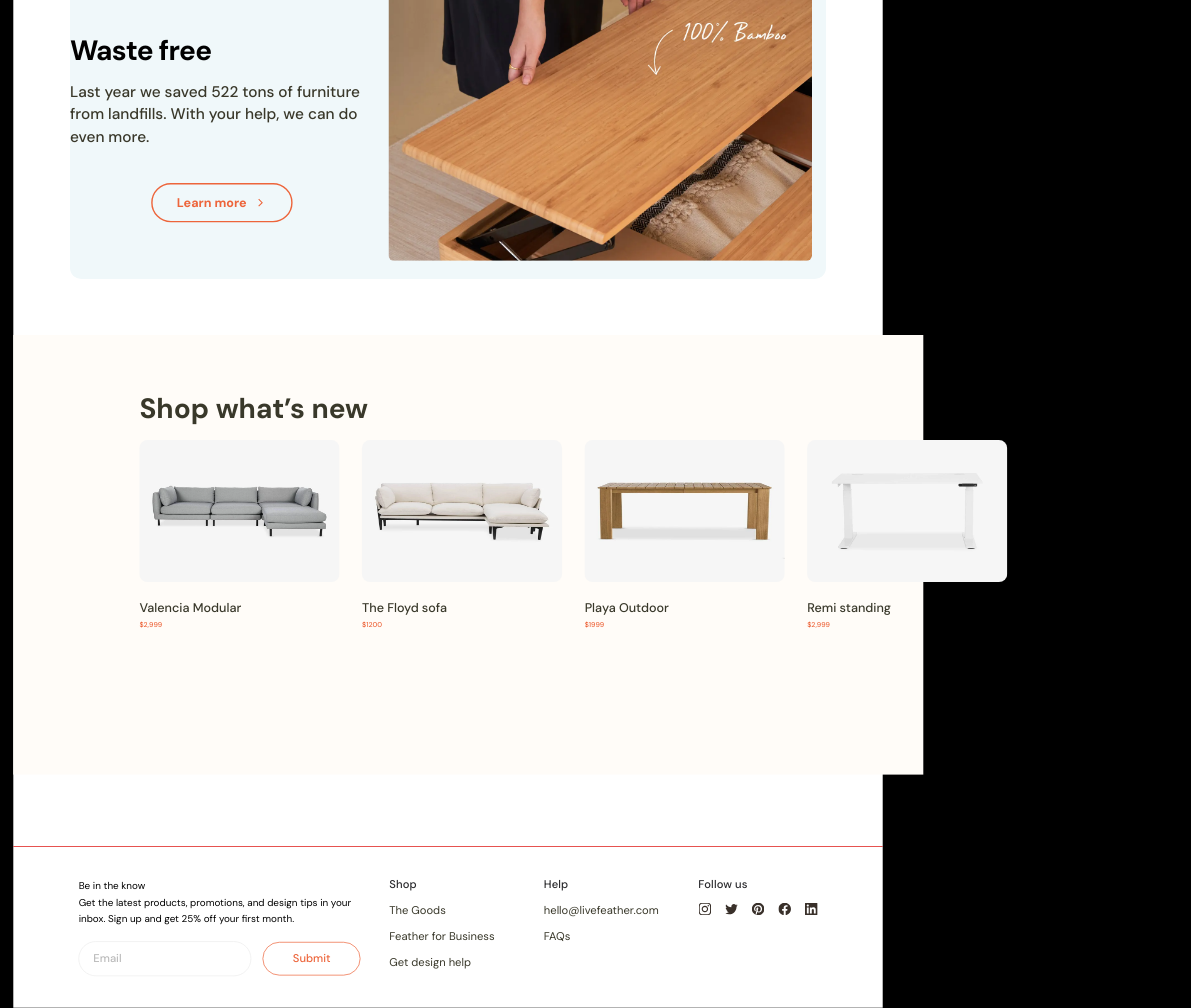
Repository: noman-source/Furniture-website
Page: index.html
These files come from the project's save history. The page is drawn as it stood at one moment and after the next save; the edit follows.
The browser window is 1280 px wide. The page is 1702 px wide, so the pictures cover 1702 px, including what lies to the right of the window. The pictures show the part of the page from y = 2871 to 4311 px (the page is 4311 px tall), at 70% of full size.

Above is the page before, as saved 2025-07-04 13:14:06.

### index.html
<!DOCTYPE html>
<html lang="en">

<head>
    <meta charset="UTF-8">
    <meta name="viewport" content="width=device-width, initial-scale=1.0">
    <title>Document</title>
    <link rel="stylesheet" href="style.css">
</head>

<body>
    <header>
        <div class="navbar">
            <div class="nav-left">
                <ul>
                    <li>Cards</li>
                    <li>About</li>
                    <li>App</li>
                </ul>
            </div>
            <div class="nav-center">
                <ul>
                    <li><img src="asserts/svg/navbar-logo.svg" alt=""></li>
                    <li>Halal_Lab</li>
                </ul>
            </div>
            <div class="nav-right"><button><img src="asserts/svg/search.svg" alt="">Check delivery area</button></div>
        </div>
    </header>
    <main>
        <div class="section1">
            <div class="section1-left">
                <div class="section1-text">
                    <h2>An innovative way to make furniture lighter</h2>
                    <h4>Discover hassle-free delivery, free assembly and the flexibility to rent, rent-to-own or buy.
                    </h4>
                    <div class="section1-butt"><button>
                            <p>Start shopping</p><img src="asserts/svg/arrow.svg" alt="">
                        </button></div>
                </div>
            </div>
            <div class="section1-right">
                <img src="asserts/image/img 1.jpg" alt="">
            </div>
        </div>
        <div class="section2">
            <ul>
                <li><img src="asserts/svg/checkmark-circle-01.svg" alt="">Fast, free delivery & assembly</li>
                <li><img src="asserts/svg/checkmark-circle-01.svg" alt="">Convenient rent or buy options</li>
                <li><img src="asserts/svg/checkmark-circle-01.svg" alt="">Low upfront costs for all rentals</li>
                <li><img src="asserts/svg/checkmark-circle-01.svg" alt="">Flexibility to buy out rental items later</li>
            </ul>
        </div>
        <div class="section3">
            <p>About our product</p>
            <div class="section3-content">
                <div class="box box1">
                    <div class="circle"><img src="asserts/svg/upload-03.svg" alt=""></div>
                    <p>We provide a high quality rental at an affordable price</p>
                </div>
                <div class="box box2">
                    <div class="circle"><img src="asserts/svg/drawing-mode.svg" alt=""></div>
                    <p>Feather has made furniture rentals
                        cool again.</p>
                </div>
                <div class="box box3">
                    <div class="circle"><img src="asserts/svg/cabinet-01.svg" alt=""></div>
                    <p>Ease the pain of moving from
                        apartment to apartment.</p>
                </div>

            </div>
        </div>
        <div class="section4">
            <p>Browse by room</p>
            <div class="section4-content">
                <div class="box box1"><img src="asserts/image/img 2.png" alt="">
                    <p>Office <img src="asserts/svg/Vector.svg" alt=""></p>
                </div>
                <div class="box box2"><img src="asserts/image/img 3.png" alt="">
                    <p>Bedroom <img src="asserts/svg/Vector.svg" alt=""></p>
                </div>
                <div class="box box3"><img src="asserts/image/img 4.png" alt="">
                    <p>Living room <img src="asserts/svg/Vector.svg" alt=""></p>
                </div>
                <div class="box box4"><img src="asserts/image/img 5.png" alt="">
                    <p>Dining room <img src="asserts/svg/Vector.svg" alt=""></p>
                </div>
            </div>
        </div>
        <div class="section5">
            <div class="section5-top">
                <div class="left">
                    <div class="text">
                        <h3>Hassle free</h3>
                        <p>High quality but affordable rental designs.</p>
                    </div>
                    <div class="button"><button>Learn more <img src="asserts/svg/arrow-down-01.svg" alt=""></button>
                    </div>
                </div>
                <div class="right"><img src="asserts/image/img 6.png" alt=""></div>
            </div>
            <div class="section5-middle">
                <div class="right"><img src="asserts/image/img 7.png" alt=""></div>
                <div class="left">
                    <div class="text">
                        <h3>Risk free</h3>
                        <p>Furniture three ways. Rent, rent-to-own, or buy. Your furniture is as flexible as you need it
                            to be.</p>
                    </div>
                    <div class="button"><button>Learn more <img src="asserts/svg/arrow-down-01.svg" alt=""></button>
                    </div>
                </div>
            </div>
            <div class="section5-end">
                <div class="left">
                    <div class="text">
                        <h3>Waste free</h3>
                        <p>Last year we saved 522 tons of furniture from landfills. With your help, we can do even more.
                        </p>
                    </div>
                    <div class="button"><button>Learn more <img src="asserts/svg/arrow-down-01.svg" alt=""></button>
                    </div>
                </div>
                <div class="right"><img src="asserts/image/img 8.png" alt=""></div>
            </div>
        </div>
        <div class="section6">
            <div class="section6-content">
                <h3>Shop what’s new</h3>
                <div class="boxes">
                    <div class="box">
                        <div class="box-top"><img src="asserts/image/img 9.png" alt=""></div>
                        <div class="box-bottom">
                            <h4>Valencia Modular </h4>
                            <p>$2,999</p>
                        </div>
                    </div>
                    <div class="box">
                        <div class="box-top"><img src="asserts/image/img 10.png" alt=""></div>
                        <div class="box-bottom">
                            <h4>The Floyd sofa</h4>
                            <p>$1200</p>
                        </div>
                    </div>
                    <div class="box">
                        <div class="box-top"><img src="asserts/image/img 11.png" alt=""></div>
                        <div class="box-bottom">
                            <h4>Playa Outdoor</h4>
                            <p>$1999</p>
                        </div>
                    </div>
                    <div class="box">
                        <div class="box-top"><img src="asserts/image/img 12.png" alt=""></div>
                        <div class="box-bottom">
                            <h4>Remi standing</h4>
                            <p>$2,999</p>
                        </div>
                    </div>
                </div>
            </div>
        </div>
    </main>

    <footer>
        <div class="boxes">
            <div class="box box1">
                <div class="box1-top">
                    <p>Be in the know<br>
                        Get the latest products, promotions, and design tips in your inbox. Sign up and get 25% off your
                        first month.</p>
                </div>
                <div class="box1-bottom"><input type="email"placeholder="Email"><button>Submit</button></div>
            </div>
            <div class="box box2"><ul>
                <li>Shop</li>
                <li>The Goods</li>
                <li>Feather for Business</li>
                <li>Get design help</li>
            </ul></div>
            <div class="box box3"><ul>
                <li>Help</li>
                <li>hello@livefeather.com</li>
                <li>FAQs</li>
            </ul></div>
            <div class="box box4"><ul>
                <li>Follow us</li>
                <li><img src="asserts/svg/Instagram.svg" alt=""><img src="asserts/svg/Twitter.svg" alt=""><img src="asserts/svg/pinterest.svg" alt=""><img src="asserts/svg/Facebook.svg" alt=""><img src="asserts/svg/linkdin.svg" alt=""></li>
            </ul></div>
        </div>
    </footer>

</body>

</html>

### style.css
@import url('https://fonts.googleapis.com/css2?family=DM+Sans:ital,opsz,wght@0,9..40,100..1000;1,9..40,100..1000&display=swap');
@import url('https://fonts.googleapis.com/css2?family=DM+Sans:ital,opsz,wght@0,9..40,100..1000;1,9..40,100..1000&display=swap');
@import url('https://fonts.googleapis.com/css2?family=DM+Sans:ital,opsz,wght@0,9..40,100..1000;1,9..40,100..1000&display=swap');

body {
    font-family: "DM Sans", sans-serif;
    background-color: black;
}

.website {
    background-color: white;
}

* {
    margin: 0;
    padding: 0;
}

header .navbar {
    width: 97%;
    margin: auto;
    height: 72px;
    display: flex;
    justify-content: space-around;
    align-items: center;
    background-color: rgb(246, 244, 244);
    gap: 13%;
    border-bottom: 1px solid #E4E4E4;
}

header .navbar .nav-left {
    font-size: 16px;
    font-weight: 500;
    line-height: 24px;
    letter-spacing: -1%;
}

header .navbar .nav-left ul {
    display: flex;
    justify-content: center;
    align-items: center;
    gap: 50px;
}

header .navbar .nav-left ul li {
    list-style-type: none;
}

header .navbar .nav-center ul {
    display: flex;
    justify-content: center;
    align-items: center;
    gap: 10px;
    font-family: "Ramabhadra", sans-serif;
}

header .navbar .nav-center ul li {
    list-style-type: none;
    font-size: 18px;
    font-weight: 400;
    display: flex;
    justify-content: center;
    align-items: center;
}

header .navbar .nav-right button {
    width: 130%;
    height: 40px;
    background-color: #FD653E;
    border-radius: 32px;
    border: none;
    transform: translateX(-50px);
    display: flex;
    justify-content: center;
    align-items: center;
    gap: 15px;
    font-size: 16px;
    font-weight: 700;
    color: white;
}

main .section1 {
    width: 97%;
    margin: auto;
    height: 588px;
    background-color: #FFF3EF;
    display: flex;
    justify-content: space-around;
    align-items: center;
}

main .section1 .section1-right {
    width: 50%;
    display: flex;
    justify-content: center;
    align-items: center;
}

main .section1 .section1-left {
    width: 50%;
}

main .section1 .section1-left .section1-text {
    width: 70%;
    margin: auto;
    height: 250px;
    display: flex;
    flex-direction: column;
    gap: 20px;
}

main .section1 .section1-left .section1-text h2 {
    font-size: 48px;
    font-weight: 700;
}

main .section1 .section1-left .section1-text p {
    font-size: 18px;
    font-weight: 400;
    color: #39382A;
}

main .section1 .section1-left .section1-text button {
    width: 235px;
    height: 56px;
    display: flex;
    justify-content: center;
    align-items: center;
    gap: 10px;
    border-radius: 32px;
    border: transparent;
    background-color: #ED653B;
}

main .section1 .section1-left .section1-text button p {
    color: white;
    font-size: 20px;
    font-weight: 700;
    font-family: "DM Sans", sans-serif;
}

main .section1 .section1-right img {
    width: 645px;
    border-radius: 12px;
}

.section2 {
    height: 74px;
    width: 97%;
    margin: auto;
    background-color: #ECF4E9;
}

.section2 ul {
    height: 74px;
    display: flex;
    justify-content: space-between;
    align-items: center;
}

.section2 ul li {
    font-family: "DM Sans", sans-serif;
    list-style-type: none;
    display: flex;
    justify-content: center;
    align-items: center;
    gap: 5px;
    font-size: 18px;
    font-weight: 400;
}

.section3 {
    width: 97%;
    margin: auto;
    height: 516px;
    background-color: white;
}

.section3>p {
    font-size: 40px;
    font-weight: 700;
    height: 170px;
    display: flex;
    color: #39302A;
    justify-content: center;
    align-items: center;
}

.section3-content {
    display: flex;
    justify-content: center;
    align-items: center;
    gap: 32px;
}

.section3-content .box {
    width: 392px;
    border-radius: 12px;
    height: 244px;
    display: flex;
    align-items: center;
    justify-content: center;
    flex-direction: column;
    gap: 50px;
    box-shadow: 12px 16px 50px 0px #9A9A9A1F;
}

.section3-content .box .circle {
    width: 50px;
    height: 50px;
    transform: translateY(30px);
    gap: 10px;
    border-radius: 99px;
    /* Corrected to 99px based on later image */
    padding: 16px;
    /* Corrected to 16px based on later image */
    background-color: #E3E3E373;
    /* Corrected to #E3E3E3 based on later image */
}

.section3-content .box p {
    width: 373px;
    margin: auto;
    display: flex;
    font-family: DM Sans;
    font-weight: 500;
    font-size: 22px;
    line-height: 32px;
    text-align: center;
    /* letter-spacing: 0%; */
    /* vertical-align: middle; */
}

.section4 {
    width: 97%;
    margin: auto;
    height: 551px;
    background-color: white;
}

.section4>p {
    font-weight: 700;
    font-size: 40px;
    line-height: 56px;
    letter-spacing: -0.96px;
    padding-top: 50px;
    padding-left: 100px;
    /* Added based on later image */
}

.section4 .section4-content {
    height: 287px;
    display: flex;
    justify-content: flex-start;
    padding-left: 100px;
    padding-top: 50px;
    gap: 32px;
}

.section4 .section4-content .box {
    height: 287px;
    display: flex;
    flex-direction: column;
    gap: 20px;
}

.section4 .section4-content .box img {
    height: 239px;
    width: 285px;
    border-radius: 12px;
}

.section4 .section4-content .box p {
    font-family: DM Sans;
    font-weight: 500;
    font-size: 22px;
    line-height: 32px;
    display: flex;
    gap: 16px;
    /* Corrected to 16px based on later image */
    justify-content: flex-start;
    align-items: center;
    /* Added based on later image */
    color: #39382A;
    /* Added based on later image */
}

.section5 {
    height: 1548px;
    background-color: white;
    width: 97%;
    margin: auto;
    display: flex;
    justify-content: center;
    align-items: center;
    flex-direction: column;
    gap: 40px;
}

.section5>.section5-top,
.section5-middle,
.section5-end {
    height: 436px;
    width: 87%;
    border-radius: 16px;
    /* border: 2px solid #E4E4E4; */
    /* margin: auto; */
}

.section5 .section5-top {
    background-color: #F0F8Fa;
    display: flex;
    justify-content: space-around;
    align-items: center;
}

.section5 .section5-middle {
    background-color: #FEF3EE;
    display: flex;
    justify-content: space-around;
    align-items: center;
}

.section5 .section5-end {
    background-color: #F0F8FA;
    display: flex;
    justify-content: space-around;
    align-items: center;
}

.section5 .right img {
    width: 605px;
    height: 388px;
    border-radius: 8px;
}

.section5 .left {
    width: 50%;
    display: flex;
    flex-direction: column;
    justify-content: center;
    align-items: center;
    gap: 50px;
}

.section5 .left .text {
    display: flex;
    flex-direction: column;
    gap: 16px;
}

.section5 .left .button {
    display: flex;
    justify-content: flex-start;
}

.section5 .left .text button {
    width: 400px;
}

.section5 .right {
    padding: 20px;
}

.section5 h3 {
    font-weight: 700;
    font-size: 40px;
    line-height: 56px;
    letter-spacing:-0.96px;
}

.section5 p {
    font-family: DM Sans;
    font-weight: 500;
    font-size: 22px;
    line-height: 32px;
    letter-spacing: 0%;
    /* Added based on later image */
    vertical-align: middle;
    /* Added based on later image */
    color: #39382A;
    /* Added based on later image */
}

.section5 .left button {
    width: 202px;
    height: 56px;
    gap: 10px;
    border-width: 1px;
    padding-top: 16px;
    padding-right: 32px;
    padding-bottom: 16px;
    padding-left: 32px;
    border-radius: 32px;
    background-color: transparent;
    border: 2px solid #ED653B;
    color: #ED653B;
    display: flex;
    justify-content: center;
    align-items: center;
    font-family: DM Sans;
    font-weight: 700;
    font-size: 18px;
}

.section6 {
    background-color: white;
    height: 730px;
    width: 97%;
    margin: auto;
}

.section6 img {
    width: 286px;
    height: 203px;
    border-radius: 12px;
}

.section6 .section6-content {
    height: 548px;
    background-color: #FFFCF8;
    width: 90.2%;
    margin: auto;
    padding-left: 180px;
    padding-top: 80px;
    display: flex;
    flex-direction: column;
    gap: 20px;
}

.section6-content .boxes {
    display: flex;
    gap: 32px;
}

.section6-content .boxes .box {
    display: flex;
    flex-direction: column;
    gap: 19px;
}

.section6 h2 {
    font-family: Circular Std;
    font-weight: 700;
}

.section6 h3 {
    /* font-family: Circular Std; */
    font-weight: 700;
    font-size: 40px;
    line-height: 50px;
    letter-spacing: 0px;
    vertical-align: middle;
    color: #39382A;
}

.section6-content .box-bottom {
    display: flex;
    flex-direction: column;
    gap: 4px;
}

.section6-content .box-bottom h4 {
    font-family: DM Sans;
    font-weight: 500;
    font-size: 18px;
    line-height: 26px;
    letter-spacing: 0%;
    vertical-align: middle;
    color: #39382A;
}

.section6-content .box-bottom p {
    font-family: DM Sans;
    font-weight: 500;
    font-size: 10px;
    line-height: 14px;
    letter-spacing: 0%;
    vertical-align: middle;
    color: #ED653B;
}

footer {
    border-top: 1px solid #DC0805;
    width: 97%;
    background-color: white;
    height: 230px;
    margin: auto;
    display: flex;
    justify-content: center;
    align-items: center;
    /* transform: translateY(130px); */
}

footer .boxes {
    display: grid;
    grid-template-columns: 403px 180px 180px 170px;
    width: 85%;
    margin: auto;
    /* background-color: #39382A; */
    height: 144px;
    justify-content: space-between;
}

footer .boxes .box1 {
    display: flex;
    flex-direction: column;
    gap: 20px;
}

footer .boxes .box1-top {
    font-family: DM Sans;
    font-weight: 700;
    font-size: 34px;
}

footer .boxes .box1 .box1-top {
    font-weight: 400;
    font-size: 14.13px;
    line-height: 24px;
    letter-spacing: 0%;
    vertical-align: middle;
}

footer .boxes .box1 .box1-bottom {
    display: flex;
    gap: 16px;
    justify-content: center;
    align-items: center;
}

footer .boxes .box1 .box1-bottom input {
    width: 245px;
    height: 48px;
    border: 1px solid #EDEDED;
    border-radius: 32px;
    outline: none;
}

footer .boxes .box1 .box1-bottom input::placeholder {
    transform: translateX(20px);
    font-family: DM Sans;
    font-weight: 500;
    font-size: 16px;
    line-height: 24px;
    letter-spacing: 1%;
    vertical-align: middle;
    color: #BABABA;
}

footer .boxes .box1 .box1-bottom button {
    width: 140px;
    height: 48px;
    border-width: 1px;
    border-radius: 48px;
    border: 1px solid #ED653B;
    background-color: transparent;
    font-family: DM Sans;
    font-weight: 500;
    font-size: 16px;
    line-height: 24px;
    letter-spacing: 1%;
    vertical-align: middle;
    color: #ED653B;
}

footer .boxes ul li:first-child {
    font-weight: 500;
    font-size: 16px;
    letter-spacing: 0.16px;
    color: #2A2A2D;
}

footer .boxes ul {
    display: flex;
    flex-direction: column;
    gap: 16px;
}

footer .boxes ul li {
    list-style-type: none;
    font-family: DM Sans;
    font-weight: 400;
    /* Added based on latest image */
    font-size: 16px;
    /* Added based on latest image */
    color: #39382A;
    /* Added based on latest image */
}

footer .boxes .box4 li:last-of-type {
    display: flex;
    justify-content: space-between;
    align-items: center;
}

After the next save:
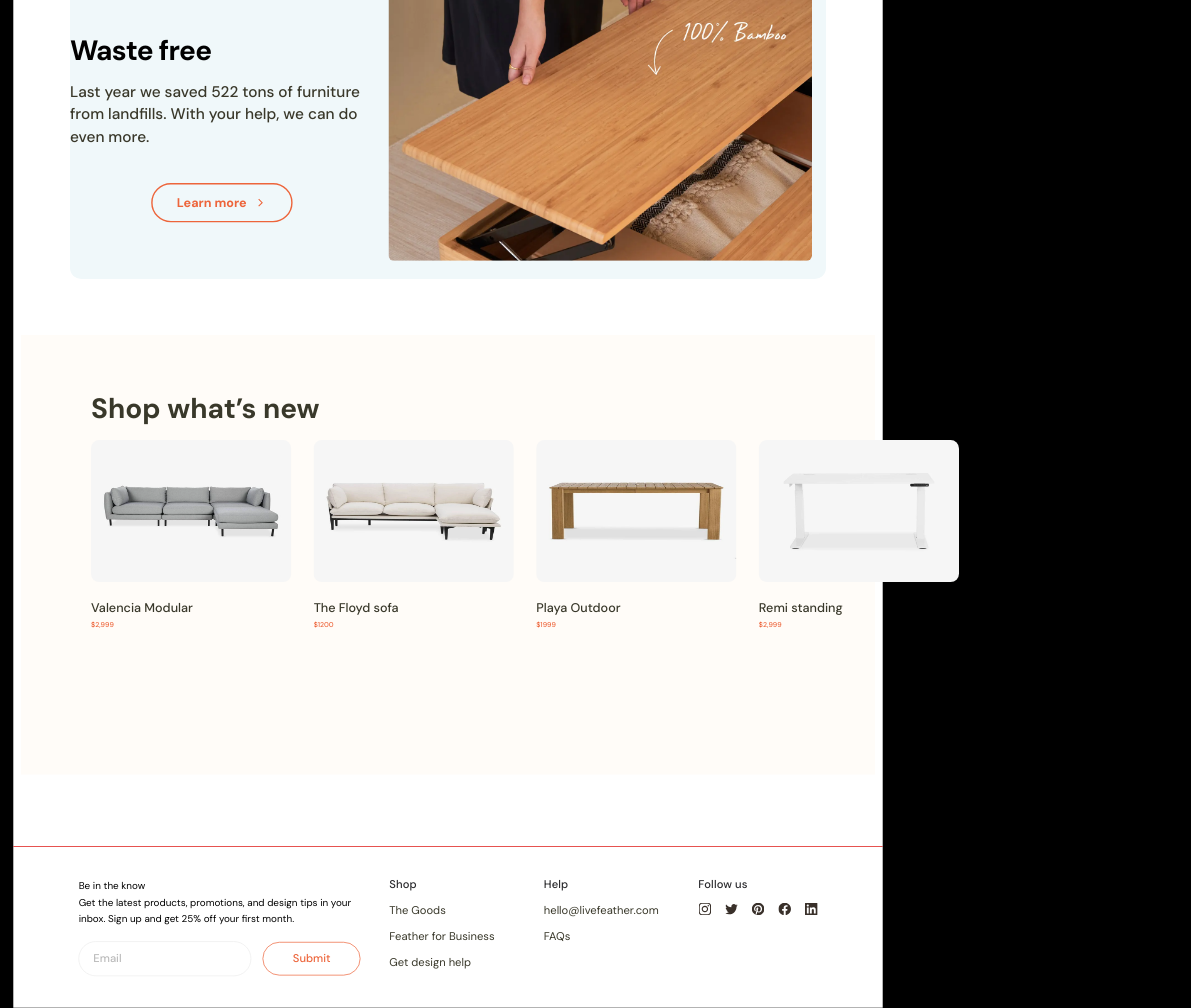
Saved 9 s later.
--- a/style.css
+++ b/style.css
@@ -421,7 +421,7 @@
     background-color: #FFFCF8;
     width: 90.2%;
     margin: auto;
-    padding-left: 180px;
+    padding-left: 100px;
     padding-top: 80px;
     display: flex;
     flex-direction: column;
